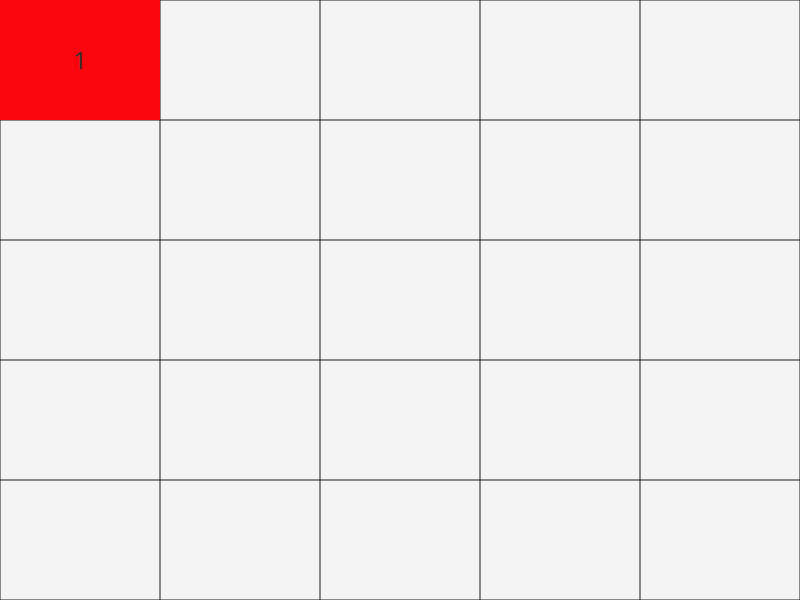
Repository: AlanVidalll/Curso-Java-Completo
Program's window: java exercicios-javafx/src/layout/AppLayout.java
The author's editor kept a copy of each file at every save. The program's window is drawn from the files as they stood at one save, then again after the next save.
It runs on Java 21 on a 1366 x 768 screen with JavaFX 11; the title bar is not drawn.

Above is the program's window before, as saved 2020-04-11 13:48:10.

### exercicios-javafx/src/layout/AppLayout.java
package layout;

import javafx.application.Application;
import javafx.scene.Parent;
import javafx.scene.Scene;
import javafx.stage.Stage;

public class AppLayout extends Application {

	@Override
	public void start(Stage primaryStage) throws Exception {
		Parent raiz = null;

		raiz = new TesteAnchorPane();
		raiz = new TesteBorderPane();
		raiz = new TesteFlowPane();
		raiz = new TesteGridPane();

		//Scene principal = new Scene(new TesteAnchorPane(),800,600);
		Scene principal = new Scene(raiz,800,600);

		primaryStage.setScene(principal);
		primaryStage.setTitle("Gerenciadores de Layout");
		primaryStage.show();
	}

	public static void main(String[] args) {
		launch(args);
	}

}

### exercicios-javafx/src/layout/TesteGridPane.java
package layout;

import javafx.scene.layout.ColumnConstraints;
import javafx.scene.layout.GridPane;
import javafx.scene.layout.RowConstraints;

public class TesteGridPane extends GridPane {


	public  TesteGridPane() {


		Caixa c1 = new Caixa().comTexto("1");
		Caixa c2 = new Caixa().comTexto("2");
		Caixa c3 = new Caixa().comTexto("3");
		Caixa c4 = new Caixa().comTexto("4");
		Caixa c5 = new Caixa().comTexto("5");
		Caixa c6 = new Caixa().comTexto("6");

		setGridLinesVisible(true);

		getColumnConstraints().addAll(cc(),cc(),cc(),cc(),cc());
		getRowConstraints().addAll(rc(),rc(),rc(),rc(),rc());

		add(c1, 0, 0);
	}

	private ColumnConstraints cc() {

		ColumnConstraints cc = new ColumnConstraints();
		cc.setPercentWidth(20);
		cc.setFillWidth(true);
		return cc;

	}

	private RowConstraints rc() {
	RowConstraints rc = new RowConstraints();
	rc.setPercentHeight(20);
	rc.setFillHeight(true);
	return rc;


	}
}

### exercicios-javafx/src/layout/TesteAnchorPane.java
package layout;

import javafx.geometry.Pos;
import javafx.scene.layout.AnchorPane;
import javafx.scene.layout.HBox;

public class TesteAnchorPane extends AnchorPane {

	public TesteAnchorPane() {

		Quadrado q1 = new Quadrado();
		setTopAnchor(q1, 10.0);
		setLeftAnchor(q1, 10.0);

		Quadrado q2 = new Quadrado();
		setTopAnchor(q2, 10.0);
		setRightAnchor(q2, 10.0);

		Quadrado q3 = new Quadrado();
		setBottomAnchor(q3, 10.0);
		setLeftAnchor(q3, 10.0);

		Quadrado q4 = new Quadrado();
		setBottomAnchor(q4, 10.0);
		setRightAnchor(q4, 10.0);


		HBox centro = new HBox();
		centro.setAlignment(Pos.CENTER);
		setTopAnchor(centro, 110.0);
		setBottomAnchor(centro, 110.0);
		setLeftAnchor(centro, 110.0);
		setRightAnchor(centro, 110.0);

		Quadrado q5 = new Quadrado();
		centro.getChildren().add(q5);

		getChildren().addAll(q1,q2,q3,q4,centro);
	}


}

### exercicios-javafx/src/layout/Quadrado.java
package layout;

import javafx.scene.paint.Color;
import javafx.scene.shape.Rectangle;

public class Quadrado extends Rectangle {

	private static int i = 0;

	private String[] cores = {
			"c33c5e", "39aac6",
			"28d79a", "fb750e",
			"6657a8", "f9060e"

	};

	public Quadrado() {
		this(100, 100);
	}

	public Quadrado(int largura, int altura) {

		setWidth(largura);
		setHeight(altura);

		setFill(Color.web(cores[i]));
		;
		i++;
		if (i == 6)
			i = 0;
	}

}

### exercicios-javafx/src/layout/TesteBorderPane.java
package layout;

import javafx.scene.layout.BorderPane;

public class TesteBorderPane extends BorderPane {

	public TesteBorderPane () {


		Caixa c1 = new Caixa().comTexto("Topo");
		setTop(c1);
		Caixa c2 = new Caixa().comTexto("Esquerda");
		setLeft(c2);
		Caixa c3 = new Caixa().comTexto("Direita");
		setRight(c3);
		Caixa c4 = new Caixa().comTexto("Fundo");
		setBottom(c4);
		Caixa c5 = new Caixa().comTexto("Centro");
		setCenter(c5);
	}
}

### exercicios-javafx/src/layout/Caixa.java
package layout;

import javafx.geometry.Insets;
import javafx.geometry.Pos;
import javafx.scene.control.Label;
import javafx.scene.layout.Background;
import javafx.scene.layout.BackgroundFill;
import javafx.scene.layout.CornerRadii;
import javafx.scene.layout.HBox;
import javafx.scene.paint.Color;
import javafx.scene.text.Font;

public class Caixa extends HBox {

	private static int i = 0;

	private String[] cores = { "c33c5e", "39aac6", "28d79a", "fb750e", "6657a8", "f9060e"

	};

	public Caixa() {
		this(100, 100);
	}

	public Caixa(int largura, int altura) {
		setAlignment(Pos.CENTER);
		setMinWidth(largura);
		setMinHeight(altura);

		BackgroundFill fill =
				new BackgroundFill(Color.web(cores[i]),
						CornerRadii.EMPTY, Insets.EMPTY);
		setBackground(new Background(fill));
		i++;
		if(i == 6) i= 0;
	}

	public Caixa comTexto(String texto) {
		Label label = new Label(texto);
		label.setFont(new Font(24));
		getChildren().add(label);
		return this;
	}

}

### exercicios-javafx/src/layout/TesteFlowPane.java
package layout;

import javafx.geometry.Insets;
import javafx.geometry.Orientation;
import javafx.geometry.Pos;
import javafx.scene.layout.FlowPane;

public class TesteFlowPane extends FlowPane {


	public TesteFlowPane() {

		Quadrado q1 = new Quadrado();
		Quadrado q2 = new Quadrado();
		Quadrado q3 = new Quadrado();
		Quadrado q4 = new Quadrado();
		Quadrado q5 = new Quadrado();

		setHgap(10.0);
		setVgap(10.0);
		setPadding(new Insets(10));

		setOrientation(Orientation.VERTICAL);
		setAlignment(Pos.CENTER_RIGHT);

		getChildren().addAll(q1,q2,q3,q4,q5);



	}

}

After the next save:
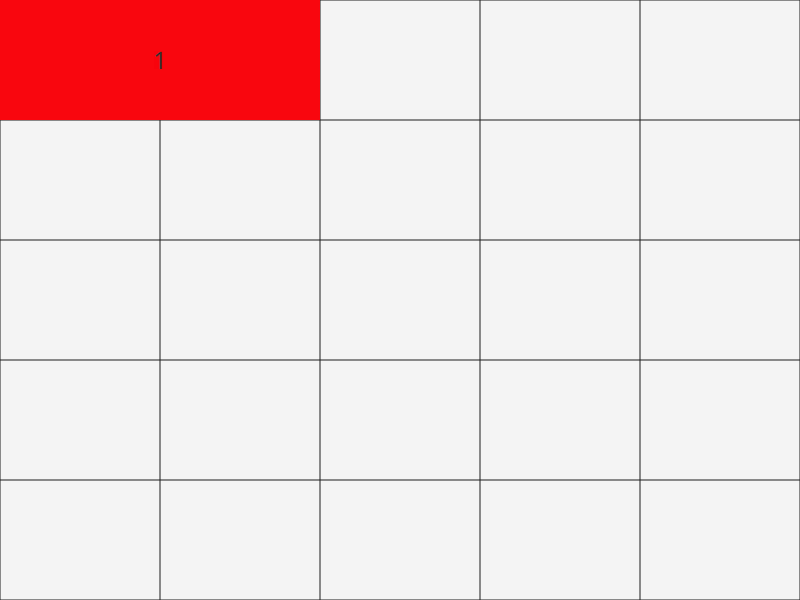
Saved 53 s later.
--- a/exercicios-javafx/src/layout/TesteGridPane.java
+++ b/exercicios-javafx/src/layout/TesteGridPane.java
@@ -22,7 +22,7 @@
 		getColumnConstraints().addAll(cc(),cc(),cc(),cc(),cc());
 		getRowConstraints().addAll(rc(),rc(),rc(),rc(),rc());
 
-		add(c1, 0, 0);
+		add(c1, 0, 0,2,1);
 	}
 
 	private ColumnConstraints cc() {
